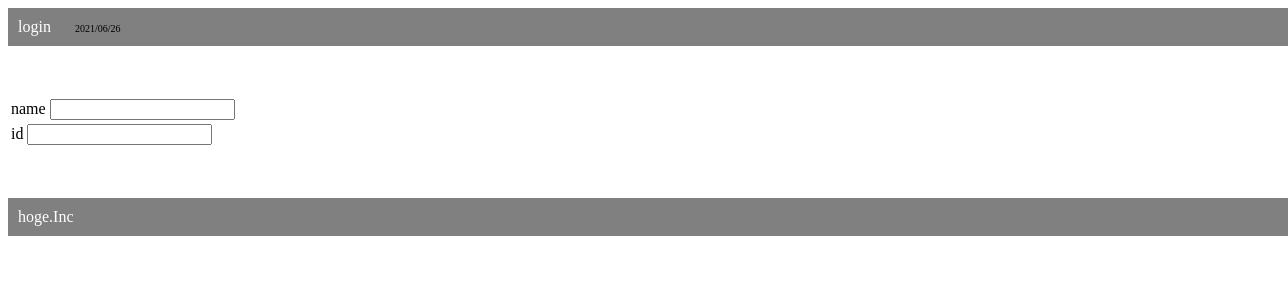
Repository: genki-iwai/curriculum
Page: http://localhost/Check3/
These files come from the project's save history. The page is drawn as it stood at one moment and after the next save; the edit follows.
The browser window is 1280 px wide. The page is 1288 px wide, so the pictures cover 1288 px, including what lies to the right of the window. The pictures show the whole page.
The page is served by Tomcat 9.

Above is the page before, as saved 2021-07-06 20:50:24.

### JavaStudy/Check3/WebContent/jspTest.jsp
<%@ page language="java" contentType="text/html; charset=UTF-8"
    pageEncoding="UTF-8"%>
<!DOCTYPE html PUBLIC "-//W3C//DTD HTML 4.01 Transitional//EN" "http://www.w3.org/TR/html4/loose.dtd">
<html>
<head>
<meta http-equiv="Content-Type" content="text/html; charset=UTF-8">
<link rel="styleSheet" href="css/style.css">
<title>Insert title here</title>
</head>
<body>
<div class="wrapper">
<%@ include file="header.jsp" %>
	<div class="main">
		<table>
			<tr>
				<td>name <input type = "text"></td>
			</tr>
			<tr>
				<td>id <input type = "text"></td>
			</tr>
		</table>
	</div>
</div>
<%@ include file="footer.jsp" %>
</body>
</html>

### JavaStudy/Check3/WebContent/header.jsp
<%@ page language="java" contentType="text/html; charset=UTF-8"
    pageEncoding="UTF-8"%>
<%@ page import="java.util.*,java.text.SimpleDateFormat" %>
<!DOCTYPE html PUBLIC "-//W3C//DTD HTML 4.01 Transitional//EN" "http://www.w3.org/TR/html4/loose.dtd">
<html>
<head>
<meta http-equiv="Content-Type" content="text/html; charset=UTF-8">
<title>Insert title here</title>
</head>
<body>
	<div class="header">
		<label class="login">login</label>
		<label class="date">
			<% Date date = new Date();
				SimpleDateFormat sdf = new SimpleDateFormat("yyyy/MM/dd");
				String formatDate = sdf.format(date);
				out.print(formatDate);
			 %>
		</label>
	</div>
<!--  </body>
</html> -->

### JavaStudy/Check3/WebContent/footer.jsp
<%@ page language="java" contentType="text/html; charset=UTF-8"
    pageEncoding="UTF-8"%>
<!DOCTYPE html PUBLIC "-//W3C//DTD HTML 4.01 Transitional//EN" "http://www.w3.org/TR/html4/loose.dtd">
<html>
<head>
<meta http-equiv="Content-Type" content="text/html; charset=UTF-8">
<title>Insert title here</title>
</head>
<body>
	<div class="footer">
		<label class="footer-1">hoge.Inc</label>
	</div>

</body>
</html>

### JavaStudy/Check3/WebContent/css/style.css
@CHARSET "UTF-8";

body {
	width: 100%;
	height: 100%;
}
.wrapper {
	margin: 0 auto;
}

.header {
	background-color: gray;
}
.login {
	display: inline-block;
	padding: 10px;
	color: white;
}
.date {
	padding: 10px;
	font-size: 10px;
}
.main {
	padding-top: 50px;
	padding-bottom: 50px;
}
.footer {
	background-color: gray;
}
.footer-1 {
	display: inline-block;
	padding: 10px;
	color: white;
}

After the next save:
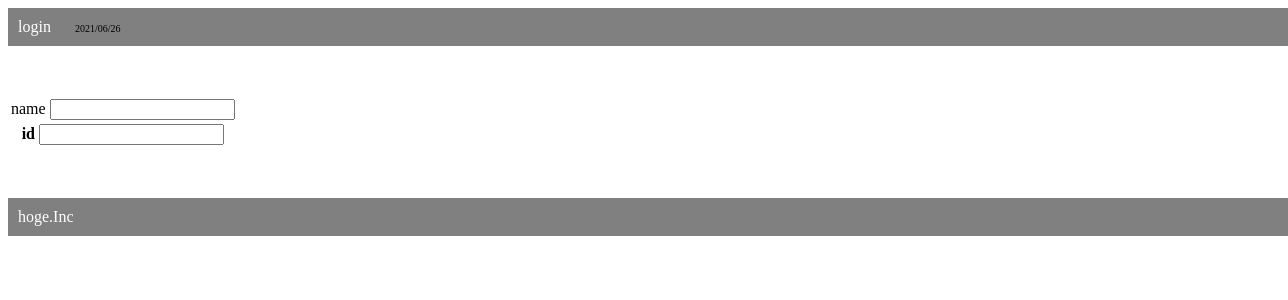
Saved 64 s later.
--- a/JavaStudy/Check3/WebContent/jspTest.jsp
+++ b/JavaStudy/Check3/WebContent/jspTest.jsp
@@ -16,7 +16,7 @@
 				<td>name <input type = "text"></td>
 			</tr>
 			<tr>
-				<td>id <input type = "text"></td>
+				<th>id <input type = "text"></th>
 			</tr>
 		</table>
 	</div>

After the save that followed:
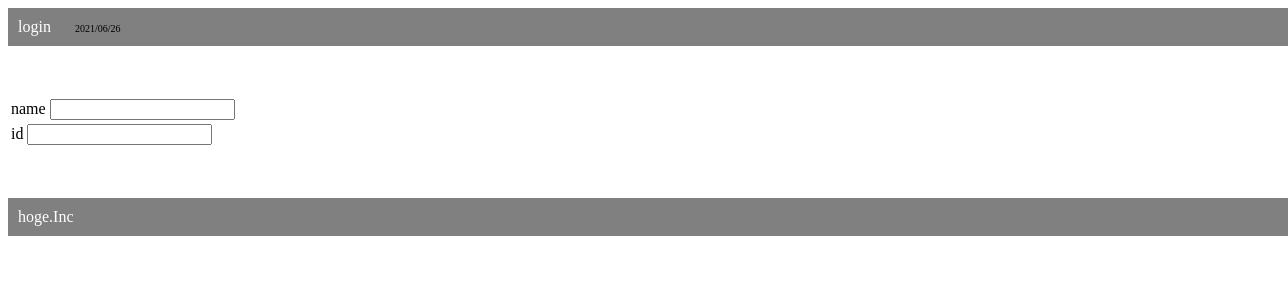
Saved 40 s later.
--- a/JavaStudy/Check3/WebContent/jspTest.jsp
+++ b/JavaStudy/Check3/WebContent/jspTest.jsp
@@ -16,7 +16,7 @@
 				<td>name <input type = "text"></td>
 			</tr>
 			<tr>
-				<th>id <input type = "text"></th>
+				<td>id <input type = "text"></td>
 			</tr>
 		</table>
 	</div>
